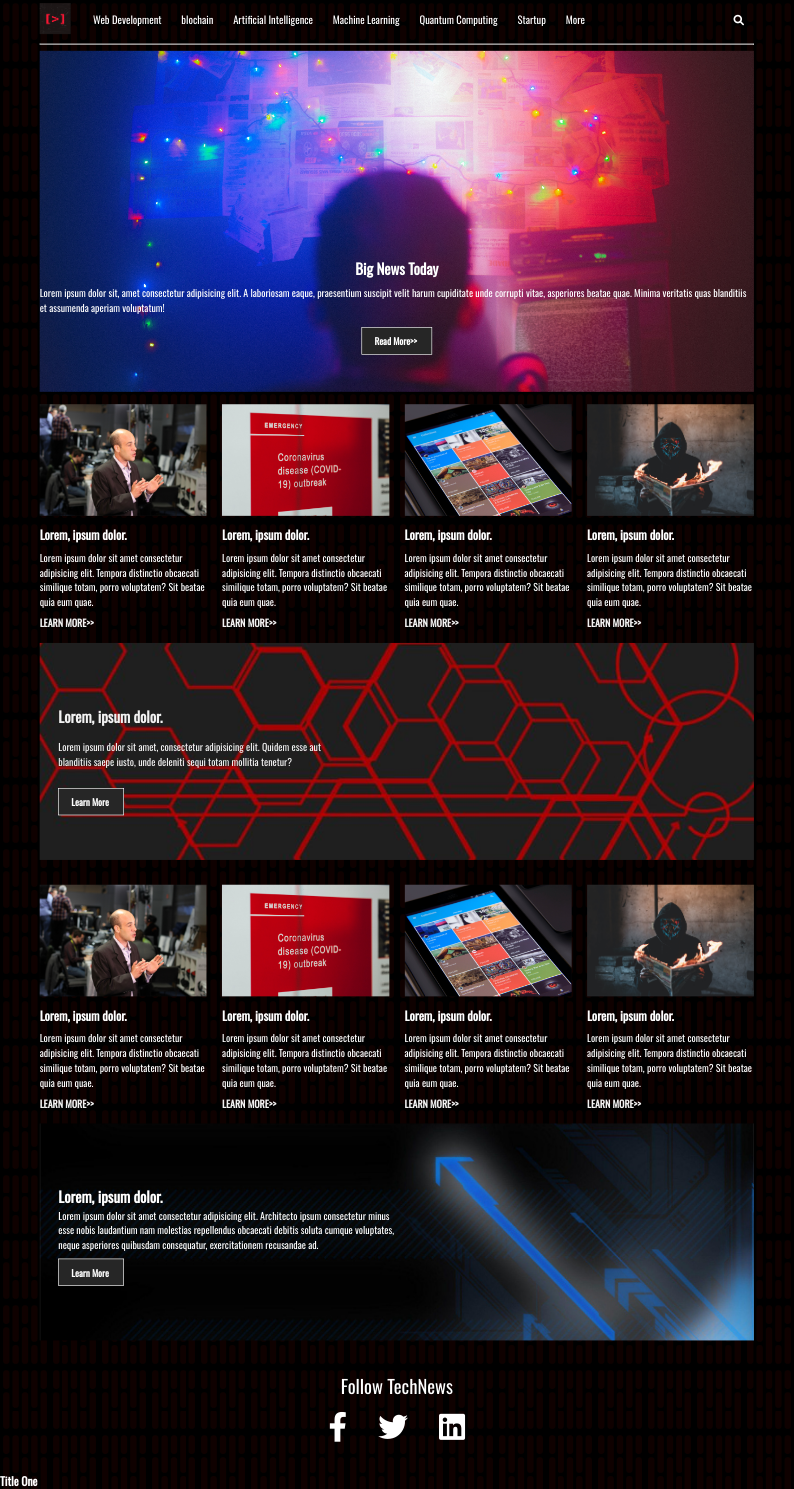
Repository: NickArregoces/News_Web
Page: index.html
An editor plug-in stored every save of this project. The page is shown before and after the next save, followed by the edit.
The browser window is 1280 px wide. The pictures show the whole page, at 62% of full size.

Above is the page before, as saved 2021-12-24 20:13:26.

### index.html
<!DOCTYPE html>
<html lang="en">
<head>
    <meta charset="UTF-8">
    <meta http-equiv="X-UA-Compatible" content="IE=edge">
    <meta name="viewport" content="width=device-width, initial-scale=1.0">
    <title>TechNews</title>
    <!--FONT AWESOME-->
    <link rel="stylesheet" href="https://cdnjs.cloudflare.com/ajax/libs/font-awesome/6.0.0-beta3/css/all.min.css">

    <link rel="stylesheet" href="style.Css">
    <!--Oswald FONTS-->
    <link rel="preconnect" href="https://fonts.googleapis.com">
<link rel="preconnect" href="https://fonts.gstatic.com" crossorigin>
<link href="https://fonts.googleapis.com/css2?family=Oswald:wght@200;300;400&display=swap" rel="stylesheet">
</head>
<body>

    <div class="container">

        <nav class ="nav-main">
            <img src="img/brand.png" alt="" class="nav-brand">

            <ul class="nav-menu">
                <li>
                    <a href="#">Web Development</a>
                </li>
                <li>
                    <a href="#">blochain</a>
                </li>
                <li>
                    <a href="#">Artificial Intelligence</a>
                </li>
                <li>
                    <a href="#">Machine Learning</a>
                </li>
                <li>
                    <a href="#">Quantum Computing</a>
                </li>
                <li>
                    <a href="#">Startup</a>
                </li>
                <li>
                    <a href="#">More</a>
                </li>
            </ul>
            <ul class="nav-menu-right">
                <li>
                    <a href="">
                        <i class="fas fa-search"></i>
                    </a>
                </li>
            </ul>
        </nav>
        <hr> <!--Crea una linea -->


        <!--Showcase=Imagen pricnipal-->
        <header class="showcase">
            <h2>Big News Today</h2>
            <p>Lorem ipsum dolor sit, amet consectetur adipisicing elit. A laboriosam eaque, praesentium suscipit velit harum cupiditate unde corrupti vitae, asperiores beatae quae. Minima veritatis quas blanditiis et assumenda aperiam voluptatum!</p>
        <!--lorem30 te crea 30 palabras-->
            <a class="btn" href="#">Read More>> <i class="fas fa-angles-double-right"></i></a>
        </header>

        <!--NEWS CARDS(COLUMNAS)-->
        <div class="news-cards">
            <div class="">
                <img src="img/news1.jpg" alt="News 1">
                <h3>Lorem, ipsum dolor.</h3>
                <p>Lorem ipsum dolor sit amet consectetur adipisicing elit. Tempora distinctio obcaecati similique totam, porro voluptatem? Sit beatae quia eum quae.</p>
                <a href="">Learn More>><i class="fas fa-amgle-dpuble-right"></i></a>
            </div>
            <div class="">
                <img src="img/news2.jpg" alt="News 2">
                <h3>Lorem, ipsum dolor.</h3>
                <p>Lorem ipsum dolor sit amet consectetur adipisicing elit. Tempora distinctio obcaecati similique totam, porro voluptatem? Sit beatae quia eum quae.</p>
                <a href="">Learn More>><i class fas fa-amgle-dpuble-right></i></a>
            </div>
            <div class="">
                <img src="img/news3.jpg" alt="News 3">
                <h3>Lorem, ipsum dolor.</h3>
                <p>Lorem ipsum dolor sit amet consectetur adipisicing elit. Tempora distinctio obcaecati similique totam, porro voluptatem? Sit beatae quia eum quae.</p>
                <a href="">Learn More>><i class="fas fa-amgle-dpuble-right" ></i></a>
            </div>
            <div class="">
                <img src="img/news4.jpg" alt="News 4">
                <h3>Lorem, ipsum dolor.</h3>
                <p>Lorem ipsum dolor sit amet consectetur adipisicing elit. Tempora distinctio obcaecati similique totam, porro voluptatem? Sit beatae quia eum quae.</p>
                <a href="">Learn More>><i class="fas fa-amgle-dpuble-right"></i></a>
            </div>
        </div>

        <div>

            <section class="cards-banner-one">
                <div class="content">
                    <h2>Lorem, ipsum dolor.</h2>
                    <p>Lorem ipsum dolor sit amet, consectetur adipisicing elit. Quidem esse aut blanditiis saepe iusto, unde deleniti sequi totam mollitia tenetur?</p>
                    <a href="#" class="btn">Learn More <i class="fas fa-amgle-dpuble-right"></i></a>
                </div>

            </section>

            <!--NEWS CARDS(COLUMNAS)-->
        <div class="news-cards">
            <div class="">
                <img src="img/news1.jpg" alt="News 1">
                <h3>Lorem, ipsum dolor.</h3>
                <p>Lorem ipsum dolor sit amet consectetur adipisicing elit. Tempora distinctio obcaecati similique totam, porro voluptatem? Sit beatae quia eum quae.</p>
                <a href="">Learn More>><i class="fas fa-amgle-dpuble-right"></i></a>
            </div>
            <div class="">
                <img src="img/news2.jpg" alt="News 2">
                <h3>Lorem, ipsum dolor.</h3>
                <p>Lorem ipsum dolor sit amet consectetur adipisicing elit. Tempora distinctio obcaecati similique totam, porro voluptatem? Sit beatae quia eum quae.</p>
                <a href="">Learn More>><i class fas fa-amgle-dpuble-right></i></a>
            </div>
            <div class="">
                <img src="img/news3.jpg" alt="News 3">
                <h3>Lorem, ipsum dolor.</h3>
                <p>Lorem ipsum dolor sit amet consectetur adipisicing elit. Tempora distinctio obcaecati similique totam, porro voluptatem? Sit beatae quia eum quae.</p>
                <a href="">Learn More>><i class="fas fa-amgle-dpuble-right" ></i></a>
            </div>
            <div class="">
                <img src="img/news4.jpg" alt="News 4">
                <h3>Lorem, ipsum dolor.</h3>
                <p>Lorem ipsum dolor sit amet consectetur adipisicing elit. Tempora distinctio obcaecati similique totam, porro voluptatem? Sit beatae quia eum quae.</p>
                <a href="">Learn More>><i class="fas fa-amgle-dpuble-right"></i></a>
            </div>
        </div>

        <section class="cards-banner-two">
            <div class="content">
                <h2>Lorem, ipsum dolor.</h2>
                <p>Lorem ipsum dolor sit amet consectetur adipisicing elit. Architecto ipsum consectetur minus esse nobis laudantium nam molestias repellendus obcaecati debitis soluta cumque voluptates, neque asperiores quibusdam consequatur, exercitationem recusandae ad.</p>
                <a href="#" class="btn">Learn More <i class="fas fa-angles-double-right"></i> </a>
            </div>
        </section>

        <section class="social">

                <p> Follow TechNews</p>
                <div class="links">
                    <a href="#"><!--Se crean lo iconos automaticamente-->
                        <i class="fab fa-facebook-f"></i>
                    </a>
                <a href="#">
                    <i class="fab fa-twitter"></i>
                </a>
                <a href="#">
                    <i class="fab fa-linkedin"></i>
                </a>

                </div>

        </section>




        </div>

    </div>

    <div class="footer-links">
        <div class="footer-container">
            <ul>
                <li>
                    <a href="#">
                        <h3>Title One</h3>
                    </a>
                </li>
            </ul>
        </div>
    </div>

</body>
</html>

### style.Css
*{
    box-sizing: border-box;
    margin: 0;
    padding: 0;
}

body{
    background:#000000;
    color:#ffff;
    background-color: #000000;
    background-image: url("data:[embedded picture, 663 characters]");
    color:#1e272e;
    font-size: 16px;
    font-family: 'Oswald', sans-serif;
}

a{
    color: #ffff;
    text-decoration: none;
}

ul{
    list-style: none;
}
.container{
    width: 90%;/*responsive*/
    margin: auto;
    color: #ffff;/*MIO*/
}
/*Navigation*/
.nav-main{
    font-size: 17px;
    display: flex;/*Elememnto al lado de otro*/
    justify-content: space-between;
    align-items: center;
    height: 60px;
    padding: 20px 0px;
}
.nav-brand{
    width: 50px;
}

/*Nav Left*/
.nav-main ul{
    display:flex;
}

.nav-main ul li{
    padding: 10px;
}

.nav-main ul li a{
    padding: 6px;
}

.nav-main ul li a:hover {
    border-bottom: 2px solid #ffffff;
}
.nav-main ul.nav-menu{
    flex:1;
    margin-left: 20px;
}

/*Showcase*/
hr{
    margin:10px 0px;
}
.showcase{
    width: 100%;
    height: 550px;
    /*Arreglar img */
    background: url(/img/showcase2.jpg) no-repeat center center/cover;
    padding-bottom: 50px;
    margin-bottom: 20px;/*Margen interna*/
    display:flex;
    flex-direction: column;
    align-items: center;/*centrar P*/
    justify-content: flex-end; /*p al final*/
}

.btn{
    cursor: pointer;
    display: inline-block;
    border: 0;
    font-weight: bold;
    padding: 10px 20px;
    background: #262626;
    color:#ffffff;
    font-size: 15px;
    border: 1px solid #ffff;
    margin:10px 0px;
}

.btn:hover{
    opacity: 0.7;
}

.showcase h2,
.showcase p{
    margin-bottom: 10px;
}

/*News CARS*/
.news-cards{
    display: grid;
    grid-template-columns: 1fr 1fr 1fr 1fr;/*4 columnas*/
    gap: 25px;/*espaciado card*/
    margin: 10px 0;
}

.news-cards img{
    width:100%;
    height:  180px;
}

.news-cards h3{
    font-size: 20px;
    margin:  10px 0;

}

.news-cards a{
    padding: 10px 0;
    color: #f2f2f2;
    text-transform: uppercase;
    display: inline-block;
    font-weight: bold;
}

.news-cards a:hover{
    text-decoration: underline; /*Line debajo*/
}

/*Cards-banner-one*/

.cards-banner-one {
    width: 100%;
    height: 350px;
    background: url(./img/tech-red.jpg) no-repeat center/cover;;
    margin-bottom: 40px;
}
.cards-banner-one .content{
    width: 40%;
    padding: 90px 0 0 30px;
    color: #f2f2f2;
}

.cards-banner-one p,
.cards-banner-one h2{
    margin: 10px 0 20px 0;
}

/*CARDS BANNER TWO*/

.cards-banner-two{
    background: url(./img/image-five.jpg) no-repeat center/cover;
    width: 100%;
    height: 350px;
}

.cards-banner-two .content{
    width: 50%;
    padding: 100px 0 0 30px;
}

/*Social*/
.social{
    margin: 50px;
}

.social p{
    text-align: center;
    font-size: 30px;
    margin-bottom: 20px;
}

.links{
    display: flex;
    align-items: center;
    justify-content: center;
}

.links a{
    margin: 0 25px;
}
.links a i{
    font-size: 3rem;
}

After the next save:
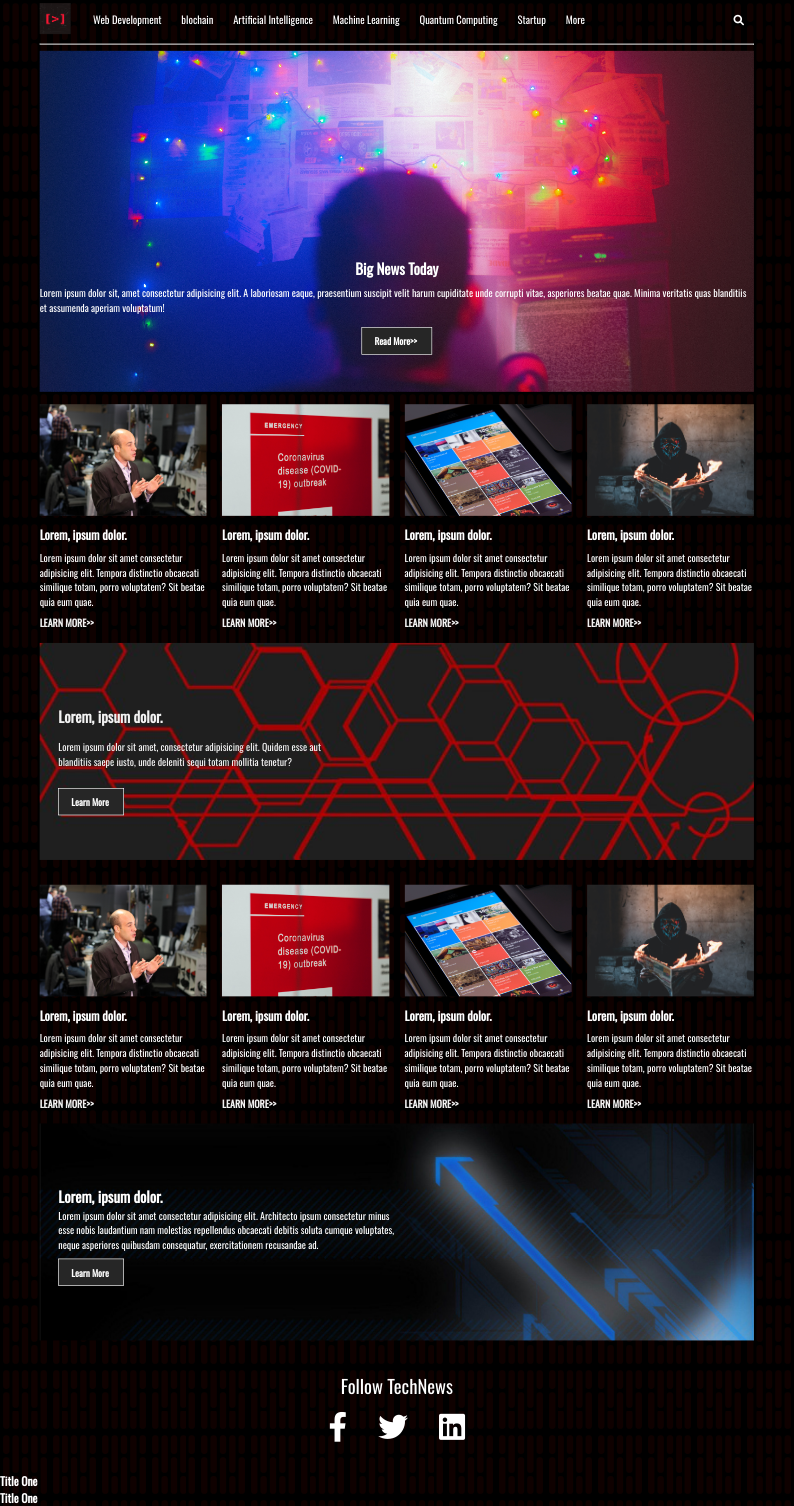
Saved 12 s later.
--- a/index.html
+++ b/index.html
@@ -171,6 +171,11 @@
                         <h3>Title One</h3>
                     </a>
                 </li>
+                <li>
+                    <a href="#">
+                        <h3>Title One</h3>
+                    </a>
+                </li>
             </ul>
         </div>
     </div>
